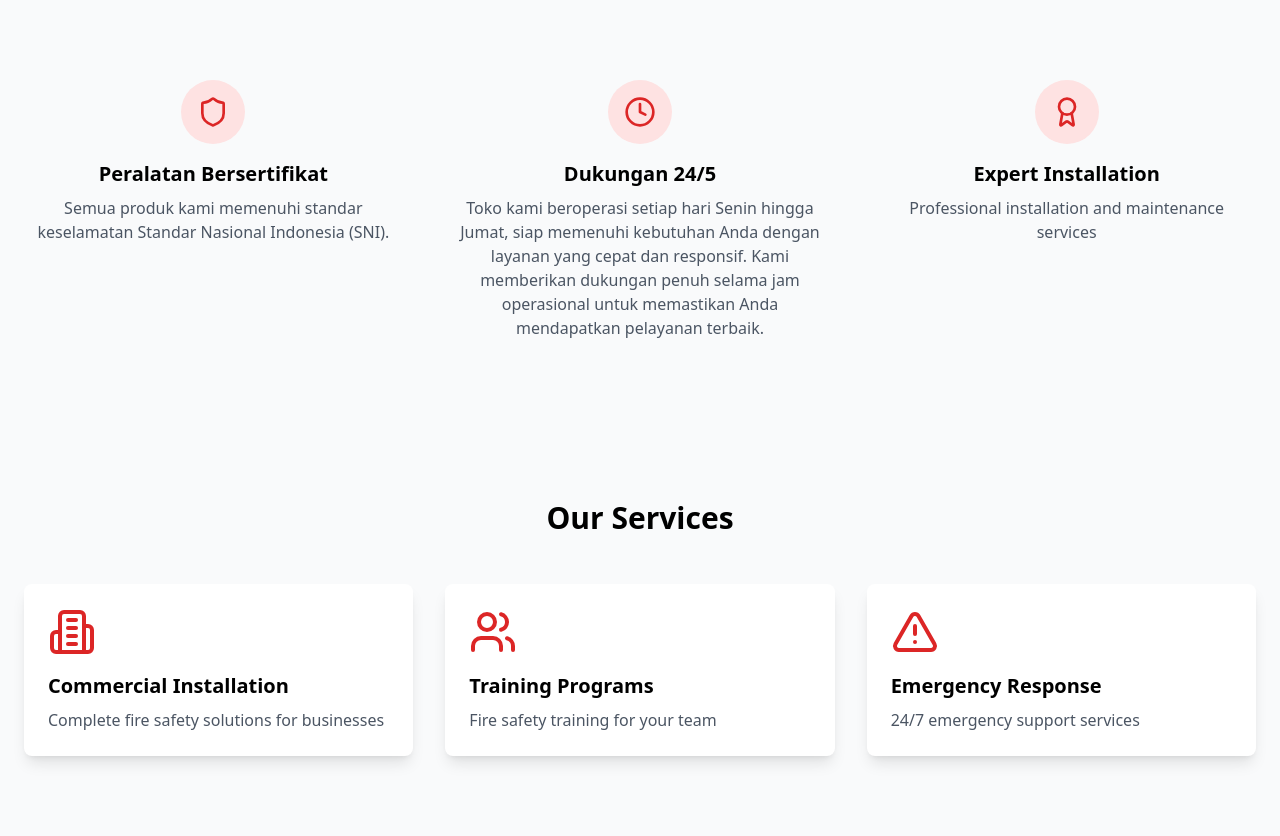
Repository: matrixmas/matrixmas.github.io
Page: /
An editor plug-in stored every save of this project. The page is shown before and after a run of saves, followed by the edit.
The browser window is 1280 px wide. The pictures show the part of the page from y = 600 to 1436 px (the page is 1436 px tall).
The project was rebuilt for these pictures with package versions that can differ from the ones it lists, and the page was loaded fresh each time. Also part of the build but not shown: vite.config.ts, src/components/Header.tsx, src/pages/Products.tsx, src/pages/ProductDetail.tsx, src/pages/About.tsx, src/pages/Contact.tsx.

Above is the page before, as saved 2025-02-04 13:28:30.

After the next 4 saves:
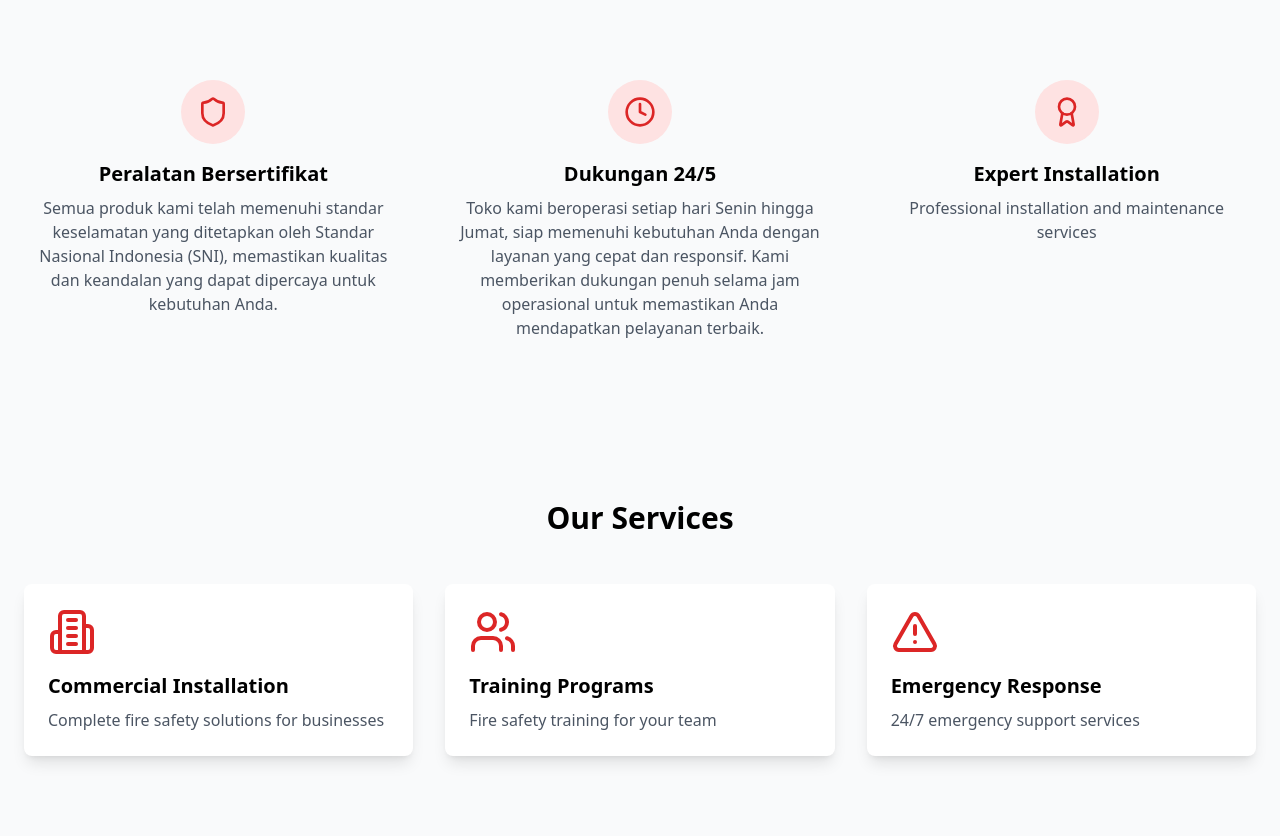
The 4 saves are shown as one change because they came seconds apart.
The last was saved 41 s later.
--- a/src/pages/Home.tsx
+++ b/src/pages/Home.tsx
@@ -40,7 +40,7 @@ export default function Home() {
                 <Shield className="h-8 w-8 text-red-600" />
               </div>
               <h3 className="text-xl font-semibold mb-2">Peralatan Bersertifikat</h3>
-              <p className="text-gray-600">Semua produk kami memenuhi standar keselamatan Standar Nasional Indonesia (SNI).</p>
+              <p className="text-gray-600">Semua produk kami telah memenuhi standar keselamatan yang ditetapkan oleh Standar Nasional Indonesia (SNI), memastikan kualitas dan keandalan yang dapat dipercaya untuk kebutuhan Anda.</p>
             </div>
             <div className="flex flex-col items-center text-center">
               <div className="bg-red-100 p-4 rounded-full mb-4">
